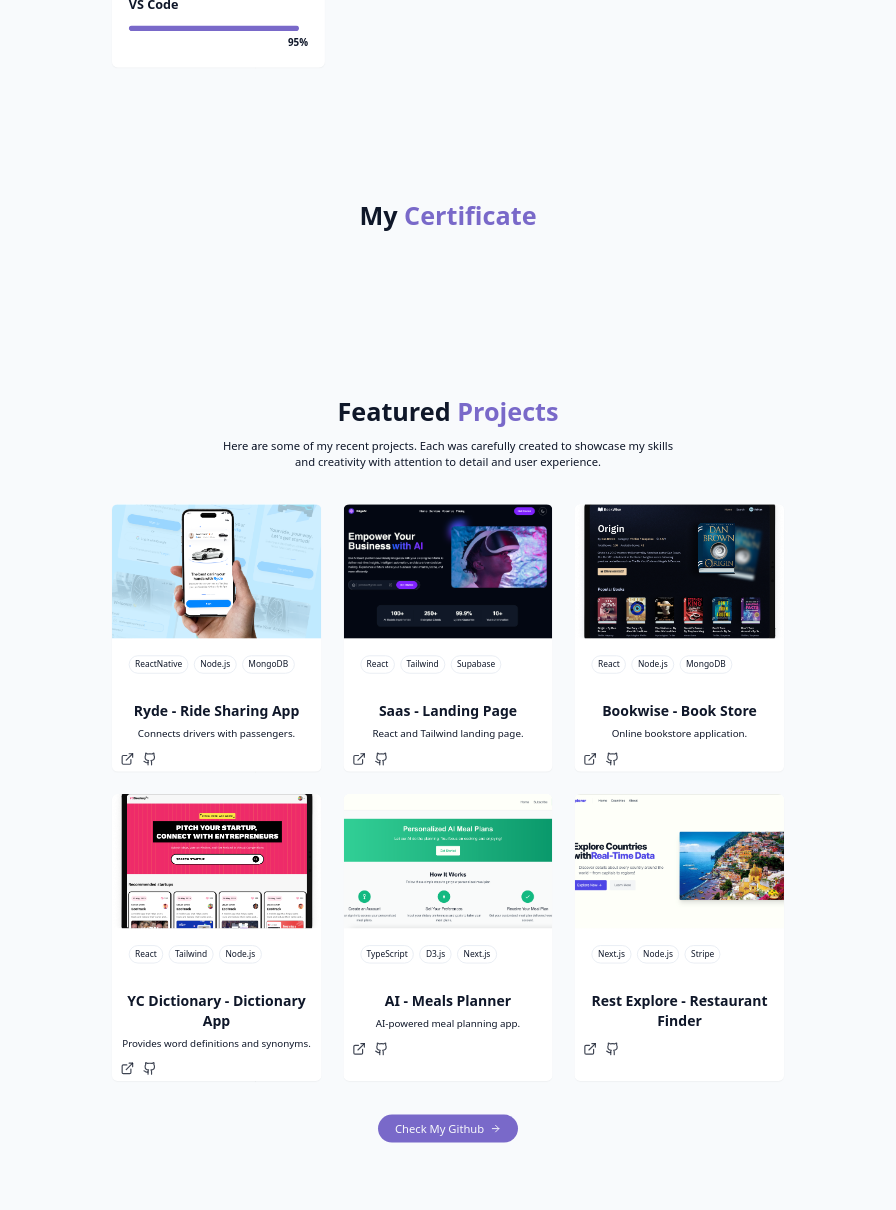
Repository: mOzariffard/Portfolio
Page: /
An editor plug-in stored every save of this project. The page is shown before and after the next save, followed by the edit.
The browser window is 1280 px wide. The pictures show the part of the page from y = 2616 to 4536 px (the page is 4344 px tall before and 4536 px after), at 70% of full size.
The project was rebuilt for these pictures with package versions that can differ from the ones it lists, and the page was loaded fresh each time. Also part of the build but not shown: vite.config.js, src/pages/NotFound.jsx.

Above is the page before, as saved 2025-06-30 15:02:11.

### src/App.jsx
import  Home from "./pages/Home"
import { BrowserRouter, Route, Routes } from "react-router-dom"
import NotFound from "./pages/NotFound"


function App() {

  return (
    <>
    <BrowserRouter>
    <Routes>
      <Route index element={<Home />} />
      <Route path="*" element={<NotFound />} />
    </Routes>
    </BrowserRouter>
    </>
  )
}

export default App

### src/pages/Home.jsx
import React from 'react'
import ThemeToggle from '@/components/ThemeToggle'
import StartBackground from '@/components/StartBackground'
import Navbar from '@/components/Navbar'
import HeroSection from '@/components/HeroSection'
import AboutSection from '@/components/AboutSection'
import SkillsSection from '@/components/SkillsSection'
import ProjectSection from '@/components/ProjectSection'
import CertificateSection from '../components/CertificateSection'

const Home = () => {
  return (
    <div className='min-h-screen bg-background text-foreground overflow-x-hidden'>
        {/*----------------Theme Toggle----------------*/}
        <ThemeToggle />
        {/*----------------Background Effects----------------*/}
        <StartBackground/>
        {/*----------------Nav Bar----------------*/}
        <Navbar/>
        {/*----------------Main Content----------------*/}
        <main>
        <HeroSection />
        <AboutSection />
        <SkillsSection />
        <CertificateSection />
        <ProjectSection />
        </main>
        {/*----------------Footer----------------*/}


    </div>
  )
}

export default Home

### src/components/ThemeToggle.jsx
import React, { useEffect, useState } from 'react'
import { Sun, Moon } from 'lucide-react'
import { cn } from '@/lib/utils';
const ThemeToggle = () => {
    const [isDarkMode, setIsDarkMode]= useState(false);

    useEffect(()=>{
        const storedTheme= localStorage.getItem('theme');
        if(storedTheme=== 'dark'){
            setIsDarkMode(true);
            document.documentElement.classList.add('dark');
        }else{
            localStorage.setItem('theme', 'light');
            setIsDarkMode(false);
        }
    },[])
    const toggleTheme=()=>{
        if(isDarkMode){
            document.documentElement.classList.remove('dark');
            localStorage.setItem('theme', 'light');
            setIsDarkMode(false);
        }else{
            document.documentElement.classList.add('dark');
            localStorage.setItem('theme', 'dark');
            setIsDarkMode(true);
        }
    }
  return (
    <button onClick={toggleTheme} className={cn(
        "fixed max-sm:hidden top-5 right-5 z-50 p-2 rounded-full transition-colors duration-300",
        "focus:outline-hidden")}>
        {isDarkMode ? <Sun className='h-6 w-6 text-yellow-300'/> : <Moon className='h-6 w-6 text-blue-900' />}
    </button>
  )
}

export default ThemeToggle

### src/components/StartBackground.jsx
import React, { useEffect, useState } from 'react'

// START has
// ID , SIZE , X , Y , OPACITY , ANIMATION DURATION
// METEOR has
// ID , SIZE , X , Y , DELAY , DURATION

const StartBackground = () => {
    const [stars,setStars]=useState([]);
    const [meteors,setMeteors]=useState([]);

    useEffect(()=>{
        generateStars();
        generateMeteors();

        const handleResize = ()=>{
            generateStars();
        };

        window.addEventListener('resize', handleResize);

        return ()=> window.removeEventListener('resize', handleResize);

    },[])

    const generateStars = () =>{
        const numbersOfStars = Math.floor(window.innerWidth * window.innerHeight /10000);

        const newStars=[];

        for(let i=0; i<numbersOfStars; i++){
            newStars.push({
                id: i,
                size: Math.random()* 3 + 1,
                x: Math.random()*100 ,
                y:  Math.random()*100,
                opacity: Math.random()*0.5 +0.5 ,
                animationDuration: Math.random()*4+2 ,
            });
        }

        setStars(newStars);
    };

    const generateMeteors = () =>{
        const numbersOfMeteors = 4;

        const newMeteors=[];

        for(let i=0; i<numbersOfMeteors; i++){
            newMeteors.push({
                id: i,
                size: Math.random()* 2 + 1,
                x: Math.random()* 100 ,
                y:  Math.random()* 20,
                delay: Math.random()* 15 ,
                animationDuration: Math.random()*3+3 ,
            });
        }

        setMeteors(newMeteors);
    };


  return (
    <div className='fixed inset-0 overflow-hidden pointer-events-none z-0 '>
        {stars.map((star)=>(
            <div
            key={star.id}
                className='star animate-pluse-subtle' style={{
                width:`${star.size}px` ,
                height: `${star.size}px`,
                left: `${star.x}%`,
                top: `${star.y}%`,
                opacity:`${star.opacity}` ,
                animationDuration: `${star.animationDuration}s`
            }} />
        ))}

        {meteors.map((meteor)=>(
            <div
            className='meteor animate-meteor'
            key={meteor.id}
            style={{
                width: `${meteor.size* 50}px`,
                height: `${meteor.size * 2}px`,
                left: `${meteor.x}%`,
                top: `${meteor.y}%`,
                animationDelay: `${meteor.delay}`,
                animationDuration: `${meteor.duration}s`
            }}
            />
        ))}
    </div>
  )
}

export default StartBackground

### src/components/Navbar.jsx
import React, { useState, useEffect } from 'react';
import { cn } from '@/lib/utils';
import { X , Menu } from 'lucide-react';

const navItems = [
    { name: 'Home', href: '#hero' },
    { name: 'About', href: '#about' },
    { name: 'Contact', href: '#contact' },
    { name: 'Certificate', href: '#Certificate' },
    { name: 'Skills', href: '#skills' },
    { name: 'Projects', href: '#projects' },
];

const Navbar = () => {
    const [isScrolled, setIsScrolled] = useState(false);
    const [isMenuOpen, setIsMenuOpen] = useState(false);

    useEffect(() => {
        const handleScroll = () => {
            setIsScrolled(window.scrollY > 10);
        };

        window.addEventListener('scroll', handleScroll);

        return () => window.removeEventListener('scroll', handleScroll);
    }, []);

    return (
        <nav
            className={cn(
                'fixed w-full z-40 transition-all duration-300',
                isScrolled ? 'py-3 bg-background/80 backdrop-blur-md shadow-xs' : 'py-6'
            )}
        >
            <div className="container flex items-center justify-between">
                <a href="#hero" className="text-xl font-bold text-primary flex items-center">
                    <span className="relative z-10">
                        <span className="text-glow text-foreground">mOzariffard</span> Portfolio
                    </span>
                </a>

                {/* DESKTOP NAV */}
                <div className="hidden md:flex space-x-6">
                    {navItems.map((item, key) => (
                        <a
                            key={key}
                            href={item.href}
                            className="text-foreground/80 hover:text-primary transition-colors duration-300"
                        >
                            {item.name}
                        </a>
                    ))}
                </div>

                {/* MOBILE NAV */}
                <button onClick={() => setIsMenuOpen((prev)=> !prev)}
                className='md:hidden p-2 text-foreground z-50'
                aria-label={!isMenuOpen ? 'Close Menu': 'Open Menu'}
                >
                {isMenuOpen ? <X size={24} /> : <Menu size={24} />}
                </button>

                <div
                    className={cn(
                        'fixed inset-0 bg-background/90 backdrop-blur-md z-40 flex flex-col items-center justify-center',
                        'transition-all duration-300 md:hidden',
                        isMenuOpen ? 'opacity-100 pointer-events-auto' : 'opacity-0 pointer-events-none'
                    )}
                >
                    <div className="flex flex-col space-y-8 text-xl">
                        {navItems.map((item, key) => (
                            <a
                                key={key}
                                href={item.href}
                                className="text-foreground/80 hover:text-primary transition-colors duration-300"
                                onClick={() => setIsMenuOpen(false)}
                            >
                                {item.name}
                            </a>
                        ))}
                    </div>
                </div>
            </div>
        </nav>
    );
};

export default Navbar;

### src/components/HeroSection.jsx
import { ArrowDown } from 'lucide-react'
import React from 'react'

const HeroSection = () => {
  return (
    <section id='hero' className='relative min-h-screen flex flex-col items-center justify-center px-4'>
        <div className='container max-w-4xl mx-auto text-center z-10'>
            <div className='space-y-6'>
                <h1 className='text-4xl md:text-6xl font-bold tracking-tight'>
                <span className='opacity-0 animate-fade-in' >Hi, I'm</span>
                <span className='text-primary opacity-0 animate-fade-in-delay-1'> Reza</span>
                <span className='text-gradient ml-2 opacity-0 animate-fade-in-delay-2'> Zariffard</span>
                </h1>
                <p className='text-lg md:text-xl text-muted-foreground max-2-2xl mx-auto opacity-0 animate-fade-in-delay-3'>
                    I create steller web experiences with modern technologies.
                    Specializing in front-end development, I build intesfacet
                    that are both beautiful and functional.
                </p>
                <div className='pt-4 opacity-0 animate-fade-in-delay-4'>
                    <a href="#projects" className='cosmic-button'> View My Work</a>
                </div>
            </div>
        </div>

        <div className='absolute bottom-8 left-1/2 transform -translate-x-1/2 flex flex-col items-center animate-bounce'>
        <span className='text-sm text-muted-forgeround mb-2'> Scroll</span>
        <ArrowDown className='h-5 w-5 text-primary'/>
        </div>
    </section>
  )
}

export default HeroSection

### src/components/AboutSection.jsx
import React from 'react'
import { Briefcase, Code, User } from 'lucide-react'

const AboutSection = () => {
  return (
    <section id='about' className='py-24 px-4 relative'>
      <div className='container mx-auto max-w-5xl'>
        <h2 className='text-3xl md:text-4xl font-bold mb-12 text-center'>
          About <span className='text-primary'>Me</span>
        </h2>


      <div className='grid grid-cols-1 md:grid-cols-2 gap-12 items-center'>
       {/* LEFT SIDES OF ABOUT */}
        <div className='space-y-6'>
          <h3 className='text-2xl font-semibold'>
            Passionate Web Developer & Tech Creator
          </h3>

          <p className='text-muted-foreground'>
            With over 4 years of experience in Web development,
            I specialize in creating dynamic and responsive web applications.
            My journey began with a fascination for technology and a desire to
            build impactful digital solutions. I thrive on
            challenges and continuously seek to expand my skill set.
          </p>

          <p className='text-muted-foreground'>
            I'm passioate about creating elegant solutions to complex
            problems, and I enjoy collaborating with others to bring innovative.
            I'm constantly learning new technologes and techniques to stay at the forefont
            of the ever-evolving web development landscape.
          </p>

          <div className='flex flex-col sm:flex-row gap-4 pt-4 justify-center '>
          <a href="#contanct" className='cosmic-button'>
            Get In Touch
          </a>

          <a href="" className='px-4 py-2 rounded-full border border-primary text-primary hover:bg-primary/20 transition-colors duration-300'>
            Download CV
          </a>
        </div>
        </div>
        {/* RIGHT SIDES OF ABOUT */}

        <div className='grid grid-cols-1 gap-6'>

          {/* FIRST BOX OF ABOUT  PAGE */}
          <div className='gradient-border p-3 card-hover'>
           {/* POSITION OF ICON */}
            <div className='flex items-start gap-4'>
              <div className='p-3 rounded-full bg-primary/10'>
              <Code className='text-primary' />
              </div>
              {/* CONTENT OF LEFT SIDE OF ABOUT IN FIRST BOX  */}
              <div className='text-left'>
                <h4 className='font-semibold text-lg'> Web Development </h4>

                <p className='text-muted-foreground'>
                  Creating responsive and dynamic web applications using modern technologies like React, Node.js, and more.
                </p>
              </div>
            </div>
          </div>

           {/* SECOND BOX OF ABOUT  PAGE */}
          <div className='gradient-border p-3 card-hover'>
              {/* POSITION OF ICON */}
          <div className='flex items-start gap-4'>
              <div className='p-3 rounded-full bg-primary/10'>
              <User className='text-primary' />
              </div>
              {/* CONTENT OF LEFT SIDE OF ABOUT IN SECOND BOX  */}
              <div className='text-left'>
                <h4 className='font-semibold text-lg'> UI/UX Design  </h4>

                <p className='text-muted-foreground'>
                  Designing intuitive user interfaces and enhancing user experiences through thoughtful design principles and usability testing.
                </p>
              </div>
            </div>
          </div>
          {/* THIRD BOX OF ABOUT  PAGE */}
          <div className='gradient-border p-3 card-hover'>
              {/* POSITION OF ICON */}
             <div className='flex items-start gap-4'>
              <div className='p-3 rounded-full bg-primary/10'>
              <Briefcase className='text-primary' />
              </div>
              {/* CONTENT OF LEFT SIDE OF ABOUT IN THIRD BOX  */}
              <div className='text-left'>
                <h4 className='font-semibold text-lg'> Project Management</h4>

                <p className='text-muted-foreground'>
                Leading project teams to deliver high-quality software solutions on time and within budget.
                </p>
              </div>
            </div>
          </div>

            {/* FORTH BOX OF ABOUT  PAGE */}
            <div className='gradient-border p-3 card-hover'>
              {/* POSITION OF ICON */}
             <div className='flex items-start gap-4'>
              <div className='p-3 rounded-full bg-primary/10'>
              <Code className='text-primary' />
              </div>
              {/* CONTENT OF LEFT SIDE OF ABOUT IN FORTH BOX  */}
              <div className='text-left'>
                <h4 className='font-semibold text-lg'>Back-end Developement </h4>

                <p className='text-muted-foreground'>
                Building robust back-end systems and APIs to support front-end applications, ensuring data integrity and security.
                </p>
              </div>
            </div>
          </div>


        </div>
      </div>
      </div>
    </section>
  )
}

export default AboutSection

### src/components/SkillsSection.jsx
import React, { useState, useEffect } from 'react'
import {cn} from '@/lib/utils';
import CountUp from 'react-countup';

const skills = [
  // Frontend Skills
  {name: 'HTML/CSS', level: 95, category: 'frontend'},
  {name: 'JavaScript', level: 95, category: 'frontend'},
  {name: 'React', level: 80, category: 'frontend'},
  {name: 'TypeScript', level: 78, category: 'frontend'},
  {name: 'Tailwind CSS', level: 90, category: 'frontend'},
  {name: 'Next.js', level: 70, category: 'frontend'},
  {name: 'Redux', level: 60, category: 'frontend'},
  // Backend Skills
  {name: 'Node.js', level: 78, category: 'backend'},
  {name: 'Express', level: 70, category: 'backend'},
  {name: 'MongoDB', level: 67, category: 'backend'},
  {name: 'GraphQL', level: 65, category: 'backend'},
  {name: 'PostgreSQL', level: 60, category: 'backend'},
  // Tools Skills
  {name: 'Git/Github', level: 90, category: 'tools'},
  {name: 'Docker', level: 60, category: 'tools'},
  {name: 'Figma', level: 85, category: 'tools'},
  {name: 'VS Code', level: 95, category: 'tools'},
];

const categories = ['all', 'frontend', 'backend', 'tools'];

// Individual Skill Item Component
const SkillItem = ({ skill, index, isVisible }) => {
  const [animatedWidth, setAnimatedWidth] = useState(0);

  useEffect(() => {
    if (isVisible) {
      // Small delay for staggered animation
      const timer = setTimeout(() => {
        setAnimatedWidth(skill.level);
      }, index * 100);

      return () => clearTimeout(timer);
    } else {
      setAnimatedWidth(0);
    }
  }, [isVisible, skill.level, index]);

  return (
    <div className='bg-card p-6 rounded-lg shadow-xs card-hover'>
      <div className='text-left mb-4'>
        <h3 className='font-semibold text-lg'>{skill.name}</h3>
      </div>

      {/* SKILLS PROGRESS BAR */}
      <div className='w-full bg-secondary/50 h-2 rounded-full overflow-hidden'>
        <div
          className='bg-primary h-2 rounded-full origin-left transition-all duration-2000 ease-out'
          style={{
            width: `${animatedWidth}%`,
            transitionDelay: `${index * 100}ms`
          }}
        />
      </div>

      <div className='text-right mt-1'>
        <span className='text-sm font-semibold text-muted-foreground'>
          {isVisible ? (
            <CountUp
              end={skill.level}
              duration={2.5}
              delay={index * 0.1}
            />
          ) : 0}%
        </span>
      </div>
    </div>
  );
};

const SkillsSection = () => {
  const [activeCategory, setActiveCategory] = useState('all');
  const [isVisible, setIsVisible] = useState(false);

  const filteredSkills = skills.filter((skill) =>
    activeCategory === 'all' || skill.category === activeCategory
  );

  useEffect(() => {
    // Trigger animation when component mounts or category changes
    setIsVisible(false);
    const timer = setTimeout(() => {
      setIsVisible(true);
    }, 100);

    return () => clearTimeout(timer);
  }, [activeCategory]);

  return (
    <section id='skills' className='py-24 px-4 relative bg-secondary/30'>
      {/* CONTAINER OF SKILLS */}
      <div className='container mx-auto max-w-5xl'>
        <h2 className='text-3xl md:text-4xl font-bold mb-12 text-center'>
          My <span className='text-primary'> Skills </span>
        </h2>

        {/* CATEGORIES OF SKILLS */}
        <div className='flex flex-wrap justify-center gap-4 mb-12'>
          {categories.map((category, index) => (
            <button
              key={index}
              onClick={() => setActiveCategory(category)}
              className={cn(
                'px-5 py-2 rounded-full transition-colors duration-300 capitalize',
                activeCategory === category
                  ? 'bg-primary text-primary-foreground'
                  : 'bg-secondary/70 text-foreground hover:bg-secondary'
              )}
            >
              {category}
            </button>
          ))}
        </div>

        {/* ITEMS OF SKILLS */}
        <div className='grid grid-cols-1 sm:grid-cols-2 lg:grid-cols-3 gap-6'>
          {filteredSkills.map((skill, index) => (
            <SkillItem
              key={`${skill.name}-${activeCategory}`}
              skill={skill}
              index={index}
              isVisible={isVisible}
            />
          ))}
        </div>
      </div>
    </section>
  )
}

export default SkillsSection

### src/components/CertificateSection.jsx
import React from 'react'

const CertificateSection = () => {
  return (
   <section id='certificate' className='py-24 px-4 sm:px-6 lg:px-8 bg-secondary/30'>
    <div className='container mx-auto max-w-5xl'>
      <h2 className='text-3xl md:text-4xl font-bold mb-12 text-center'>
        My <span className='text-primary'> Certificate </span>
      </h2>
      {/* BOX OF CERTIFICATE */}

      <div className='grid sm:grid-cols-1 md:grid-cols-2 ls: grid-cols-3 gap-8'>
        <div className='group bg-card rounded-lg overflow-hidden shadow-xs card-hover'>

        </div>
      </div>

    </div>
   </section>
  )
}

export default CertificateSection

Loaded but not shown: index.html (common file); src/main.jsx (common file); src/index.css (common file); src/lib/utils.js (8 lines, source omitted); src/components/ProjectSection.jsx (166 lines, source omitted)

After the next save:
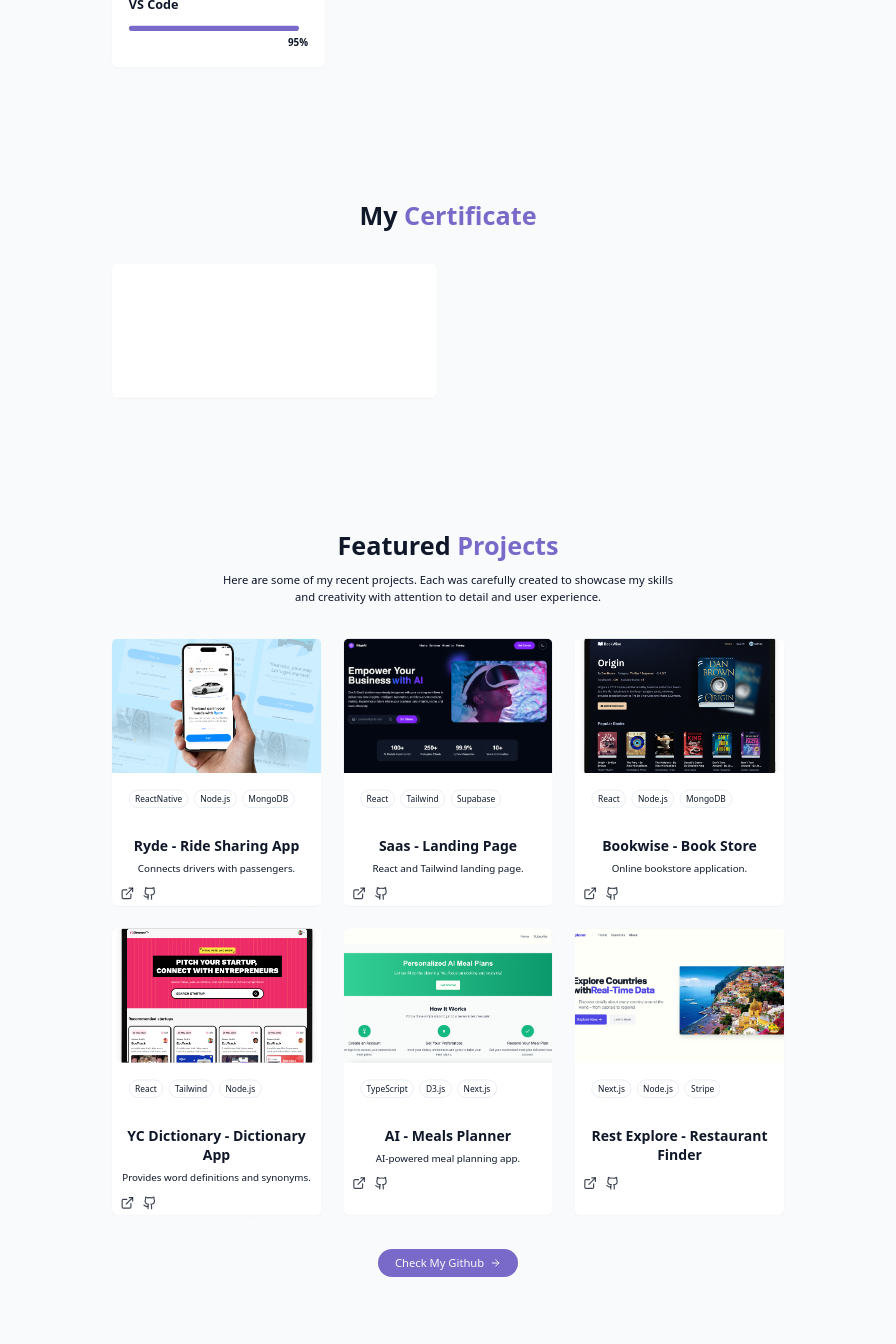
Saved 34 s later.
--- a/src/components/CertificateSection.jsx
+++ b/src/components/CertificateSection.jsx
@@ -11,7 +11,9 @@ const CertificateSection = () => {
 
       <div className='grid sm:grid-cols-1 md:grid-cols-2 ls: grid-cols-3 gap-8'>
         <div className='group bg-card rounded-lg overflow-hidden shadow-xs card-hover'>
+          <div className='h-48 overflow-hidden'>
 
+          </div>
         </div>
       </div>
 
